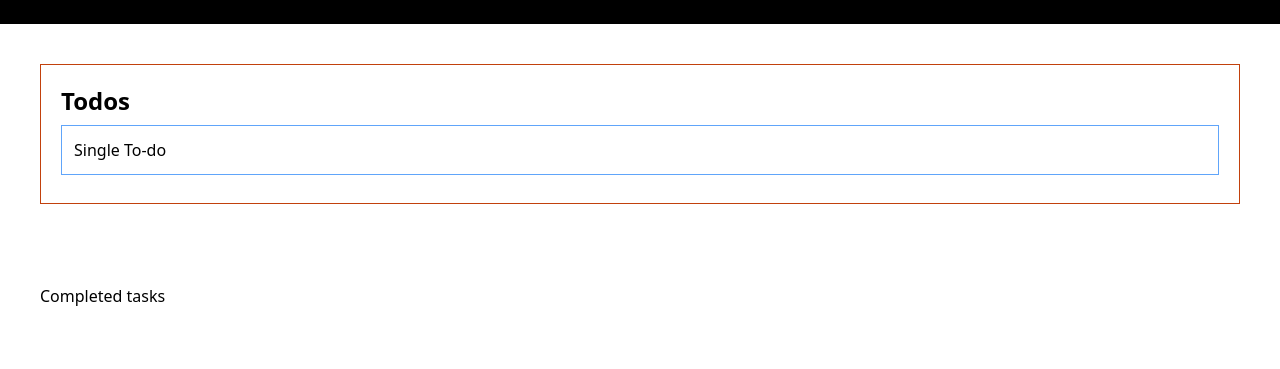
Repository: thekingisherenow/personalTodo
Page: /
The author's editor kept a copy of each file at every save. The page is drawn from the files as they stood at one save, then again after the next save.
The browser window is 1280 px wide. The pictures show the whole page.
The project was rebuilt for these pictures with package versions that can differ from the ones it lists, and the page was loaded fresh each time. The framework's server and built-in components were replaced by stand-ins that run in the browser. Also part of the build but not shown: next.config.js, styles/Home.module.css.

Above is the page before, as saved 2022-12-15 14:57:28.

### pages/index.js
import Head from 'next/head'
import Image from 'next/image'
import Completed from '../components/Completed'
import Todos from '../components/Todos'
import styles from '../styles/Home.module.css'

export default function Home() {
  return (
    <div>
      <Head>
        <title>Create Next App</title>
        <meta name="description" content="To-do App" />
        <link rel="icon" href="/favicon.ico" />
      </Head>

     <div className='bg-white'>
      <h1 className='bg-black'>Completed --Tasks</h1>
      <Todos/>
      <Completed />
     </div>
    </div>
  )
}

### components/Completed.js
import React from 'react'

function Completed() {
  return (
    <div className='p-10'>
      Completed tasks
    </div>
  )
}

export default Completed

### components/Todos.js
import React from 'react'
import Todo from './Todo'

function Todos() {
  return (
    <div className='p-5 m-10 border border-orange-700'>
      <h1 className='font-bold text-2xl'>Todos</h1>

        <Todo />

    </div>
  )
}

export default Todos

### components/Todo.js
import React from 'react'

function Todo() {
  return (
    <div className='border border-blue-400 p-3 my-2'>
      Single To-do
    </div>
  )
}

export default Todo

Loaded but not shown: pages/_app.js (common file); styles/globals.css (common file); tailwind.config.js (common file)

After the next save:
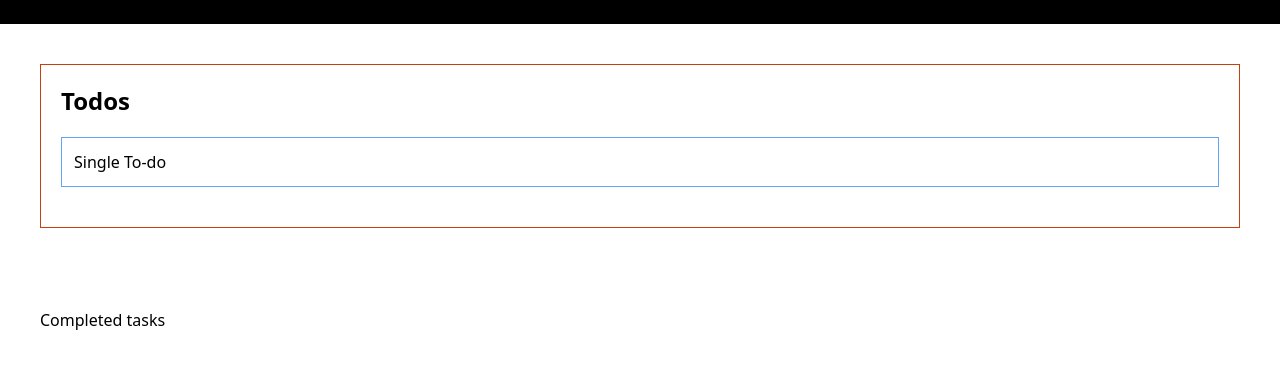
Saved 6 s later.
--- a/components/Todo.js
+++ b/components/Todo.js
@@ -2,7 +2,7 @@ import React from 'react'
 
 function Todo() {
   return (
-    <div className='border border-blue-400 p-3 my-2'>
+    <div className='border border-blue-400 p-3 my-5'>
       Single To-do
     </div>
   )
